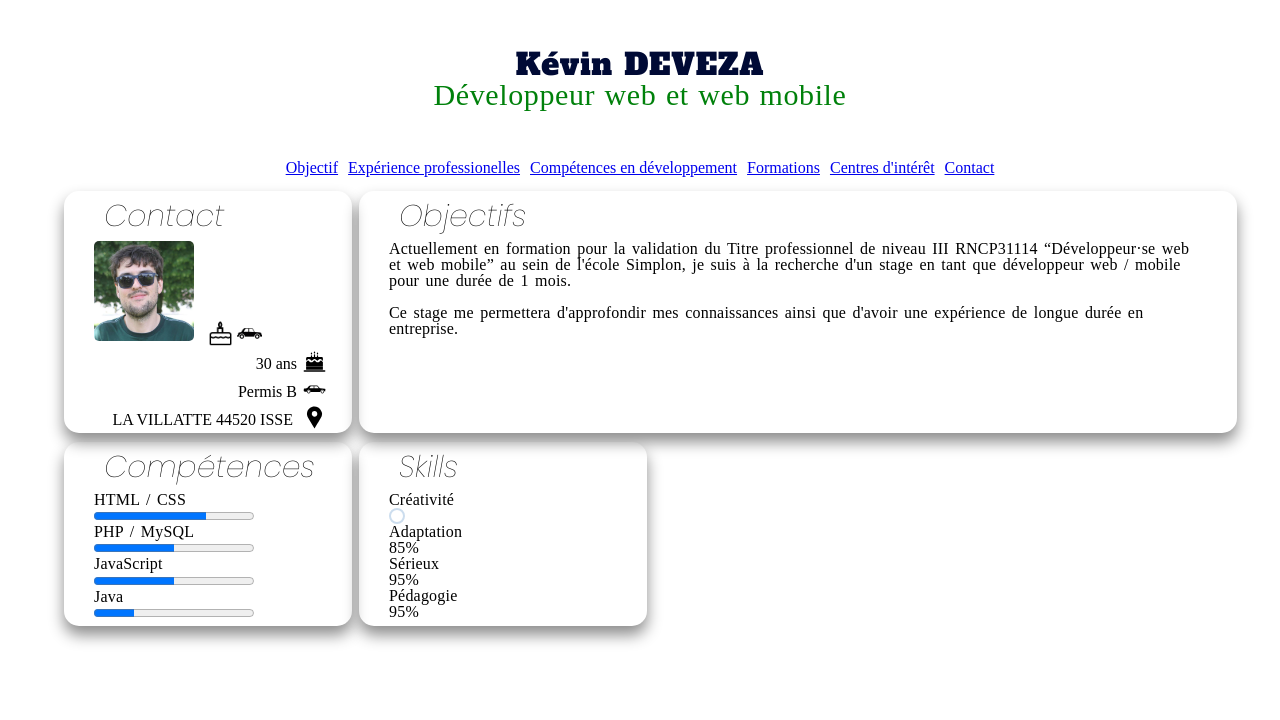
Repository: KevinDvZ/kevindvz.github.io
Page: index.html
The author's editor kept a copy of each file at every save. The page is drawn from the files as they stood at one save, then again after the next save.
The browser window is 1280 px wide. The pictures show the whole page.

Above is the page before, as saved 2020-10-30 16:35:41.

### index.html
<!DOCTYPE html>
<html>
    <!--HEADER-->
<head>
    <title id="nomprenom">DEVEZA Kevin - Développeur Web et Web mobile.</title>
        <meta charset="utf-8" />
        <meta name="description" contents="CV de Kévin DEVEZA, développeur web  et web mobile junior."/>
        <link rel="stylesheet" href="css/cv_deveza.css" />
        <link rel="stylesheet" href="css/reset.css"/>
        <link href="https://fonts.googleapis.com/css2?family=Alfa+Slab+One&display=swap" rel="stylesheet">
        <link href="https://fonts.googleapis.com/css2?family=Abril+Fatface&display=swap" rel="stylesheet">
        <link href="https://fonts.googleapis.com/css2?family=Poppins:ital,wght@1,100&display=swap" rel="stylesheet">
        <meta name="viewport" content="width=device-width, initial-scale=1.0">    </head>

<body>

<header>

    <div class="text-center">
         <h1 id="nomprenom">Kévin DEVEZA</h1>
         <p id="metier">Développeur web et web mobile</p>
    </div>
</header>

<nav>
        <a class="menu" href="#intro">Objectif</a>
        <a class="menu" href="#experience">Expérience professionelles</a>
        <a class="menu" href="#langages">Compétences en développement</a>
        <a class="menu" href="#formations">Formations</a>
        <a class="menu" href="#interets">Centres d'intérêt</a>
        <a class="menu" href="#contact">Contact</a>
</nav>

<main>

<div class="cadre" id="cadre-obj">
        <h2 class="entete">Objectifs</h2>
        <p class="p-center">Actuellement en formation pour la validation du Titre professionnel de niveau III RNCP31114  “Développeur·se web et web mobile” au sein de l'école Simplon, je suis à la recherche d'un stage en tant que développeur web / mobile pour une durée de 1 mois.</p>
        <br>
    <p class="p-center">Ce stage me permettera d'approfondir mes connaissances ainsi que d'avoir une expérience de longue durée en entreprise.</p>
</div>

<div id="cadre-contact">
    <div class="cadre">
      <h2 class="entete">Contact</h2>
      <img src="assets/img/solaire_cv.jpg" alt="image_profil" class="img">
      <img src="assets/icones/birthday_cake.png" alt="" class="icone">
      <img src="assets/icones/car.png" alt="" class="icone">
      <ul class="contact-liste">
        <li>30 ans<img src="assets/icones/birthday-cake.svg" class="icone"></li>
        <li>Permis B<img src="assets/icones/car.svg" alt="" class="icone"></li>
        <li>LA VILLATTE 44520 ISSE <img src="assets/icones/map.svg" class="icone"></li>
     </ul>
    </div>
</div>

<div class="cadre" id="cadre-langages">
                    <div class="cadre-jauges">
                        <h2 class="entete">Compétences</h2>
        <p>HTML / CSS<p>
        <progress id="file" max="100" value="70"> 70% </progress>
        <p>PHP / MySQL</p>
        <progress id="file" max="100" value="50"> 50% </progress>
        <p>JavaScript</p>
        <progress id="file" max="100" value="50"> 30% </progress>
        <p>Java<p>
        <progress id="file" max="100" value="25"> 25% </progress>
</div>
    </div>

<div class="cadre" id="cadre-skills">
            <h2 class="entete">Skills</h2>
        <p>Créativité</p>
        <div class="progress-circle" data-value="38">
        </div>
        <p>Adaptation</p>
        <p>85%</p>
        <p>Sérieux</p>
        <p>95%</p>
        <p>Pédagogie</p>
        <p>95%</p>

</div>



</main>
<body>
</html>

### css/cv_deveza.css
header {
  padding: 30px;
  text-align: center;
}

.text-center {
  display: inline-block;
  text-align: center;
  padding: 50px;
}

#nomprenom {
  font-family: "Alfa Slab One", cursive;
  font-size: 30px;
  letter-spacing: 0.8px;
  word-spacing: 1.4px;
  color: #000a35;
}

#metier {
  font-size: 30px;
  letter-spacing: 0.6px;
  word-spacing: 1.4px;
  color: #00810b;
  margin-bottom: auto;
}

nav {
  display: inline-block;
  text-align: center;
  width: 100%;
  margin-bottom: 30px;
}
p {
  font-family: Georgia, serif;
  font-size: 14px;
  letter-spacing: 0.2px;
  word-spacing: 2.2px;
  color: #000000;
  font-weight: 400;
  text-decoration: rgb(68, 68, 68);
  font-style: normal;
  font-variant: normal;
  text-transform: none;
}

.pcenter {
  text-align: center;
}
.menu {
  margin: 3px 3px 3px 3px;
}

body {
  background: rgb(255, 255, 255);
}

main {
  margin-top: 50px;
  display: grid;
  gap: 9px 7px;
  height: auto;
  margin: 15px 5% auto 5%;
  grid-template-columns: repeat(4, 25%);
  grid-template-rows: auto;
  grid-template-areas: "contact obj obj obj";
}

#cadre-obj {
  grid-area: obj;
}

h3 {
  float: right;
}

address {
  float: right;
}

#cadre-contact {
  grid-area: contact;
}

.img {
  max-height: 100px;
  min-height: 60px;
  width: auto;
  margin-right: 5px;
  border-radius: 5px;
}

.entete {
  font-family: "Abril Fatface", cursive;
  font-size: 30px;
  display: block;
  font-family: "Poppins", sans-serif;
  margin: 5px auto 10px 10px;
}

.cadre {
  box-shadow: 0 9px 15px rgba(0, 0, 0, 0.45);
  display: block;
  padding: 5px 30px 5px 30px;
  border-radius: 15px;
}

²#cadre-skills a:hover {
  background-color: aqua;
  float: left;
}

.icone {
  width: 25px;
  position: relative;
  top: 5px;
  left: 5px;
}

.contact-liste li {
  list-style-type: none;
  text-align: right;
}

.progress-circle {
  position: inline; /* pour servir de référent */
  box-sizing: border-box; /* prise en compte bordure dans la dimension */
  font-size: 1em; /* pour définir les dimensions */
  width: 1em; /* fixe la largeur */
  height: 1em; /* fixe la hauteur */
  border-radius: 100%; /* rendu aspect circulaire */
  border: 0.15em solid #cde; /* couleur de fond de l'anneau */
  background-color: #fff; /* couleur de fond de la progress bar */
}

Loaded but not shown: css/reset.css (common file)

After the next save:
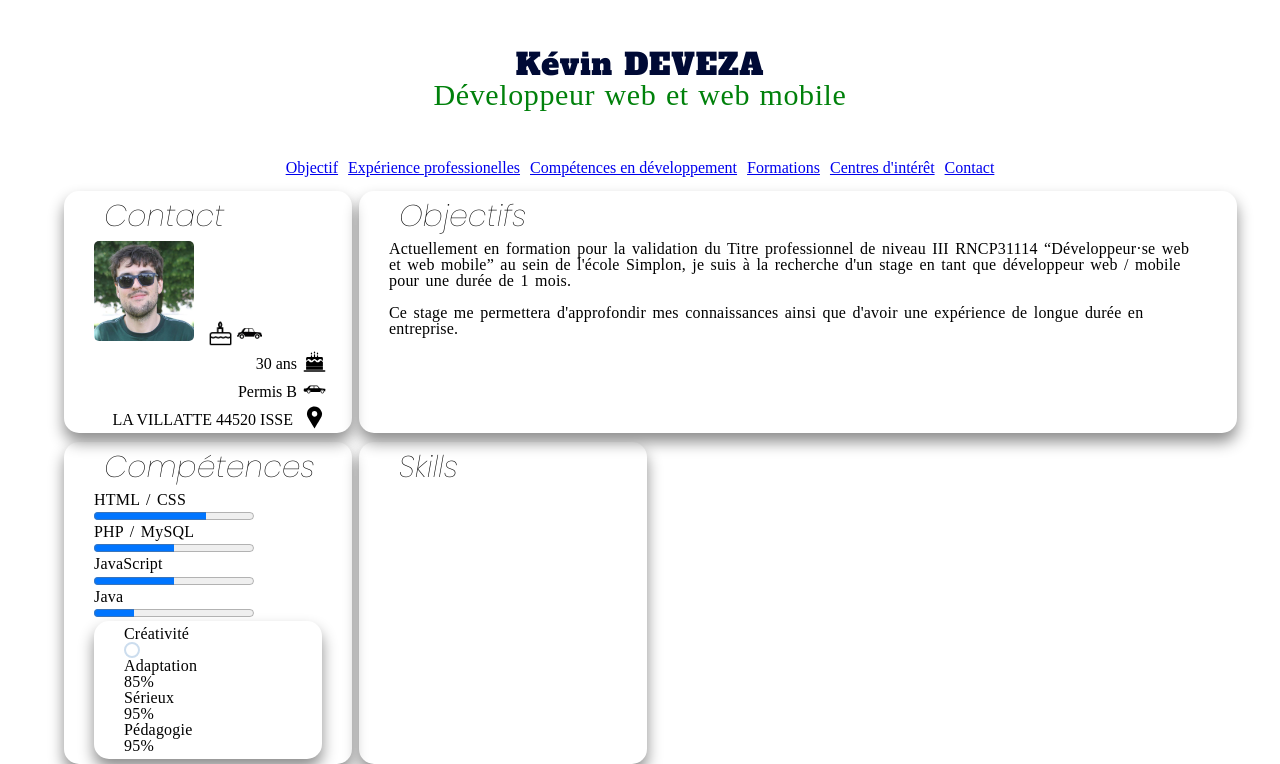
Saved 25 min 33 s later.
--- a/index.html
+++ b/index.html
@@ -66,19 +66,22 @@
         <p>Java<p>
         <progress id="file" max="100" value="25"> 25% </progress>
 </div>
+<div class="cadre">
+    <p>Créativité</p>
+    <div class="progress-circle" data-value="38">
+    </div>
+    <p>Adaptation</p>
+    <p>85%</p>
+    <p>Sérieux</p>
+    <p>95%</p>
+    <p>Pédagogie</p>
+    <p>95%</p>
+</div>
     </div>
 
 <div class="cadre" id="cadre-skills">
             <h2 class="entete">Skills</h2>
-        <p>Créativité</p>
-        <div class="progress-circle" data-value="38">
-        </div>
-        <p>Adaptation</p>
-        <p>85%</p>
-        <p>Sérieux</p>
-        <p>95%</p>
-        <p>Pédagogie</p>
-        <p>95%</p>
+
 
 </div>
 
